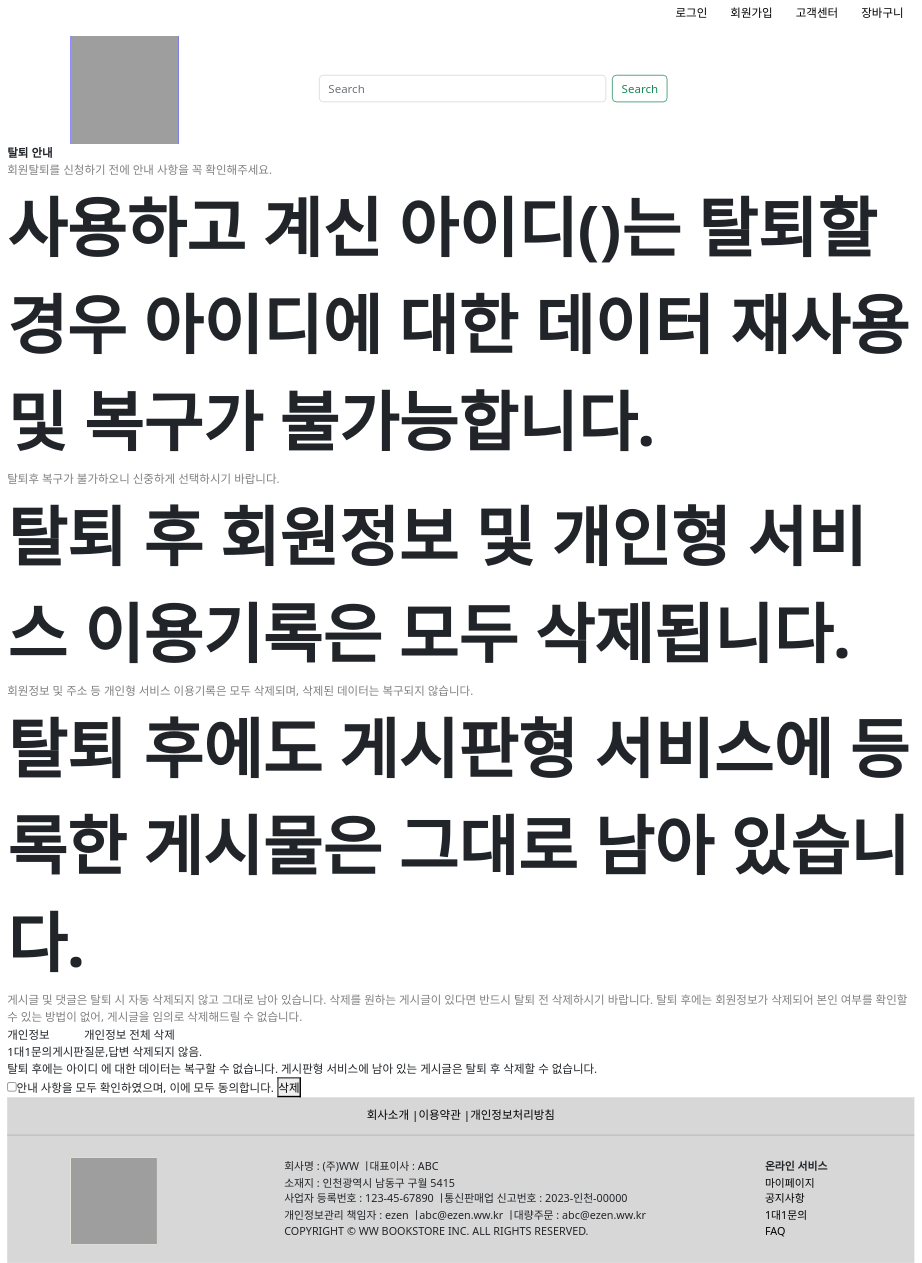
Repository: leehyeonung/project4
Page: http://localhost/book/WEB-INF/views/member/delete.jsp
These files come from the project's save history. The page is drawn as it stood at one moment and after the next save; the edit follows.
The browser window is 1280 px wide. The pictures show the whole page, at 72% of full size.
Pictures or frames that could not be fetched are drawn as grey boxes. The page is served by Tomcat 9. Nobody is signed in. The template is opened directly, without the code that normally fills it, so the values that code supplies are empty.

Above is the page before, as saved 2023-01-06 06:04:34.

After the next save:
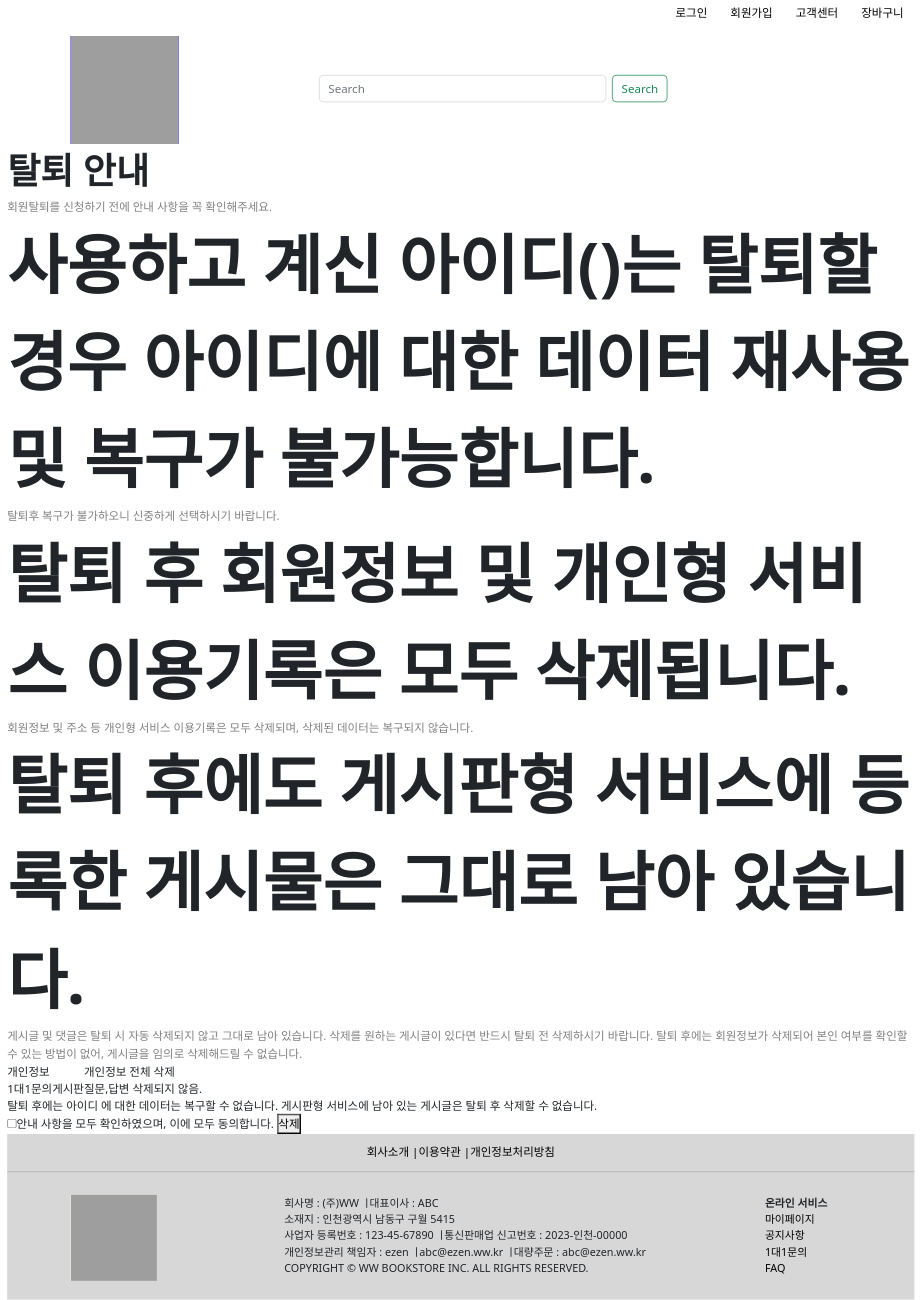
Saved 5 s later.
--- a/book/src/main/webapp/WEB-INF/views/member/delete.jsp
+++ b/book/src/main/webapp/WEB-INF/views/member/delete.jsp
@@ -14,10 +14,8 @@
 
 <jsp:include page="../layout/header.jsp"></jsp:include>
 <div class="main">
-<div class="sub">
-<strong>
+<div class="info">
 탈퇴 안내
-</strong>
 </div>
 <div class="short">회원탈퇴를 신청하기 전에 안내 사항을 꼭 확인해주세요.</div>
 <div class="long">사용하고 계신 아이디(${ses.mem_id})는 탈퇴할 경우 아이디에 대한 데이터 재사용 및 복구가 불가능합니다.</div>
